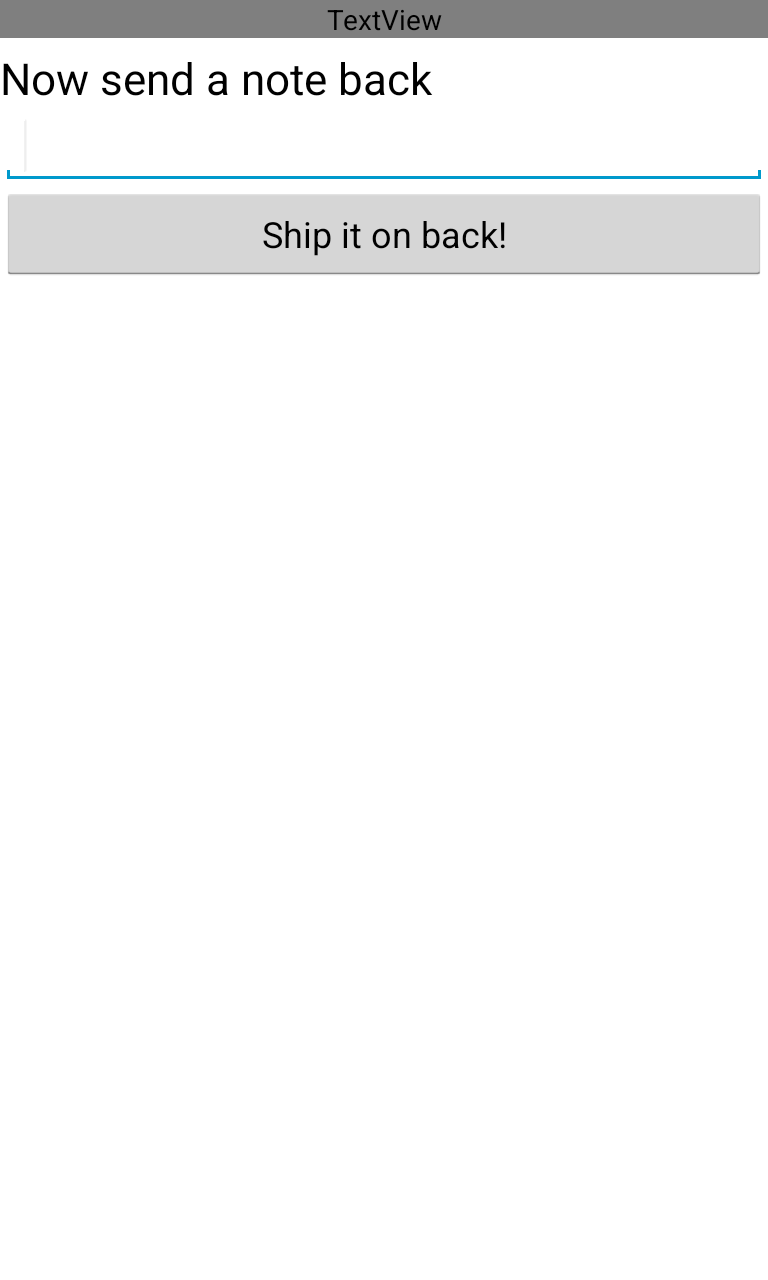
Repository: fsoDannis/FSO_JAVAII
Layout: JavaII_Week1/res/layout/activity_subscreen.xml
These files come from the project's save history. The layout is drawn as it stood at one moment and after the next save; the edit follows.
Pictures or frames that could not be fetched are drawn as grey boxes. It is drawn on a 768 x 1280 px phone screen (xhdpi) without system bars, with theme AppTheme; the app's code is not run.

Above is the layout before, as saved 2013-05-09 01:41:10.

### JavaII_Week1/res/layout/activity_subscreen.xml
<?xml version="1.0" encoding="utf-8"?>
<LinearLayout xmlns:android="http://schemas.android.com/apk/res/android"
    android:layout_width="match_parent"
    android:layout_height="match_parent"
    android:orientation="vertical" >
    <TextView
        android:id="@+id/textView1"
        android:layout_width="match_parent"
        android:layout_height="wrap_content"
        android:textAppearance="?android:attr/textAppearanceLarge"
        android:textColor="red"
        android:layout_marginBottom="10px"
        android:text="TEXT"/>
    <TextView
        android:id="@+id/textView2"
        android:layout_width="match_parent"
        android:layout_height="wrap_content"
        android:textAppearance="?android:attr/textAppearanceLarge"
        android:text="Now send a note back"/>
    <EditText
        android:id="@+id/editText1"
        android:layout_width="match_parent"
        android:layout_height="wrap_content"
        android:ems="10" >
        <requestFocus />
    </EditText>
    <Button
        android:id="@+id/button1"
        android:layout_width="match_parent"
        android:layout_height="wrap_content"
        android:text="Ship it on back!" />
</LinearLayout>

Loaded but not shown: JavaII_Week1/res/values/styles.xml (common file); JavaII_Week1/res/values-v11/styles.xml (common file); JavaII_Week1/res/values-v14/styles.xml (common file)

After the next save:
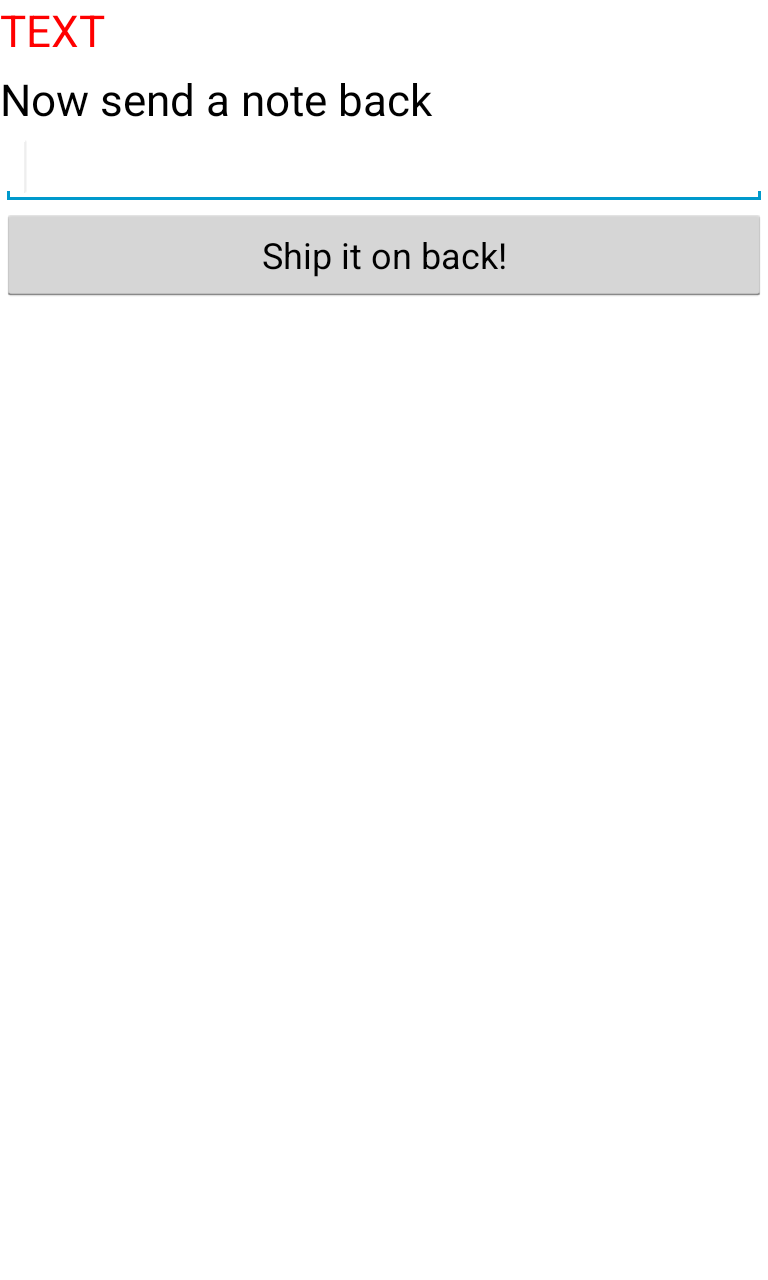
Saved 2 min 46 s later.
--- a/JavaII_Week1/res/layout/activity_subscreen.xml
+++ b/JavaII_Week1/res/layout/activity_subscreen.xml
@@ -8,7 +8,7 @@
         android:layout_width="match_parent"
         android:layout_height="wrap_content"
         android:textAppearance="?android:attr/textAppearanceLarge"
-        android:textColor="red"
+        android:textColor="@android:color/red"
         android:layout_marginBottom="10px"
         android:text="TEXT"/>
     <TextView
